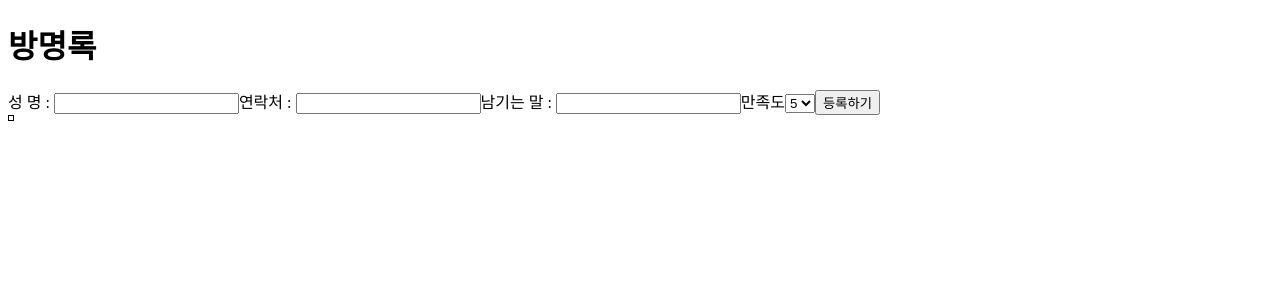
Repository: HyeongChank/P2VisitorCount
Page: http://localhost/P2VisitorCounter/Counter/Login.jsp
These files come from the project's save history. The page is drawn as it stood at one moment and after the next save; the edit follows.
The browser window is 1280 px wide. The pictures show the whole page.
The page is served by Tomcat 9. The template is opened directly, without the code that normally fills it, so the values that code supplies are empty.

Above is the page before, as saved 2023-04-03 00:37:48.
Console error: SyntaxError: Unexpected end of input

After the next save:
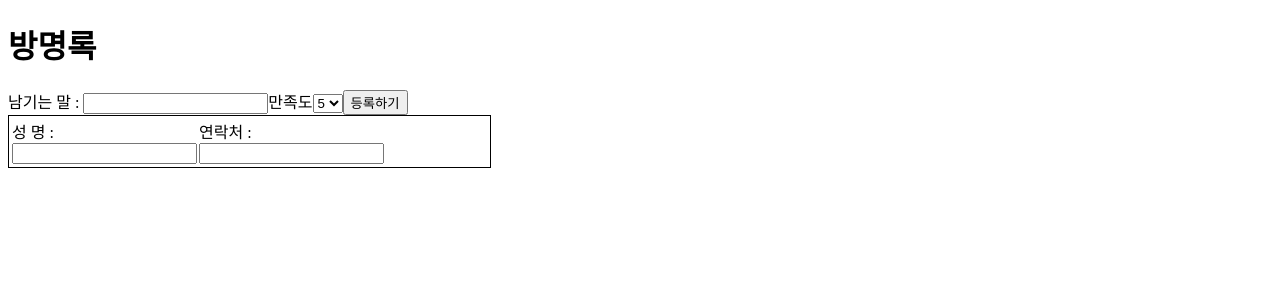
Saved 96 s later.
--- a/P2VisitorCounter/src/main/webapp/Counter/Login.jsp
+++ b/P2VisitorCounter/src/main/webapp/Counter/Login.jsp
@@ -34,8 +34,9 @@
  	<h1>방명록</h1>
  	<form name = "login" method = "get" action = "../Counterj/visitor.do" enctype = "multipart/form-data">
  		<table>
- 			<tr>성 명 : <input type = "text" name = "name"/></tr>
-			<tr>연락처 : <input type = "tel" name = "tel"/></tr>
+ 			<tr>
+ 				<td>성 명 : <input type = "text" name = "name"/></td>
+			<td>연락처 : <input type = "tel" name = "tel"/></td>
 			<tr>남기는 말 : <input type = "text" name = "ment"/></tr>
 			<tr><label for= "score">만족도</label>
 				<select name = "score-m" id = "score">

After the 2 saves that followed:
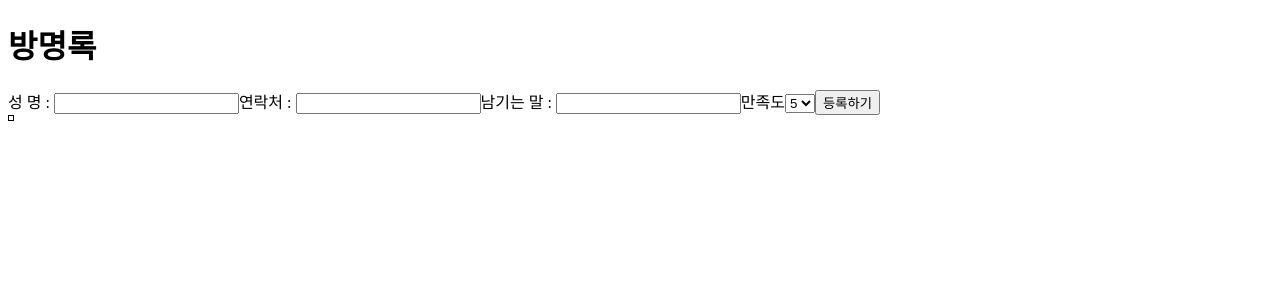
The 2 saves are shown as one change because 1 left the picture as it was.
The last was saved 6 min 10 s later.
--- a/P2VisitorCounter/src/main/webapp/Counter/Login.jsp
+++ b/P2VisitorCounter/src/main/webapp/Counter/Login.jsp
@@ -6,7 +6,7 @@
 <meta charset="UTF-8">
 <style>
 	table{
-		border : solid 1px black;
+		border : 1px solid black;
 	}
 	tr{
 		display : flex;
@@ -34,9 +34,8 @@
  	<h1>방명록</h1>
  	<form name = "login" method = "get" action = "../Counterj/visitor.do" enctype = "multipart/form-data">
  		<table>
- 			<tr>
- 				<td>성 명 : <input type = "text" name = "name"/></td>
-			<td>연락처 : <input type = "tel" name = "tel"/></td>
+ 			<tr>성 명 : <input type = "text" name = "name"/></tr>
+			<tr>연락처 : <input type = "tel" name = "tel"/></tr>
 			<tr>남기는 말 : <input type = "text" name = "ment"/></tr>
 			<tr><label for= "score">만족도</label>
 				<select name = "score-m" id = "score">
